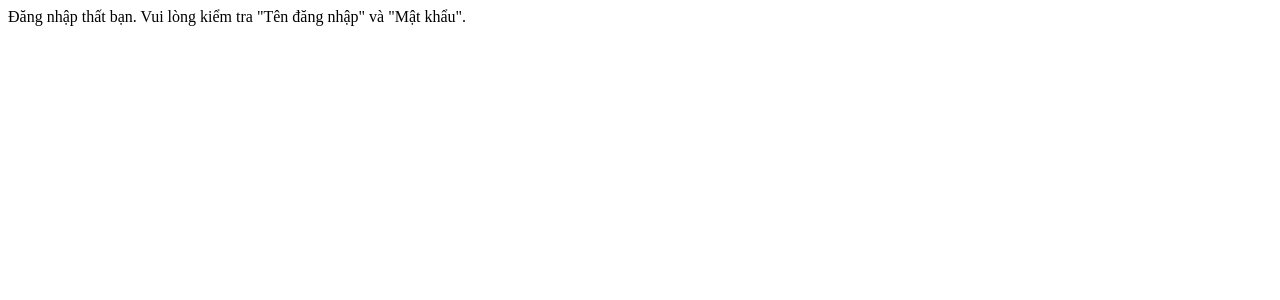
Repository: PhiKhongHoang/JSP-Servlet
Page: http://localhost/Bai9_BaiTapChuyenTiepThongTin1/error.jsp
An editor plug-in stored every save of this project. The page is shown before and after the next save, followed by the edit.
The browser window is 1280 px wide. The pictures show the whole page.
The page is served by Tomcat 9.

Above is the page before, as saved 2024-02-17 07:15:11.

### Bai9_BaiTapChuyenTiepThongTin1/src/main/webapp/error.jsp
<%@ page language="java" contentType="text/html; charset=UTF-8"
    pageEncoding="UTF-8"%>
<!DOCTYPE html>
<html>
<head>
<meta charset="UTF-8">
<title>Insert title here</title>
</head>
<body>
	Đăng nhập thất bạn. Vui lòng kiểm tra "Tên đăng nhập" và "Mật khẩu".
</body>
</html>

After the next save:
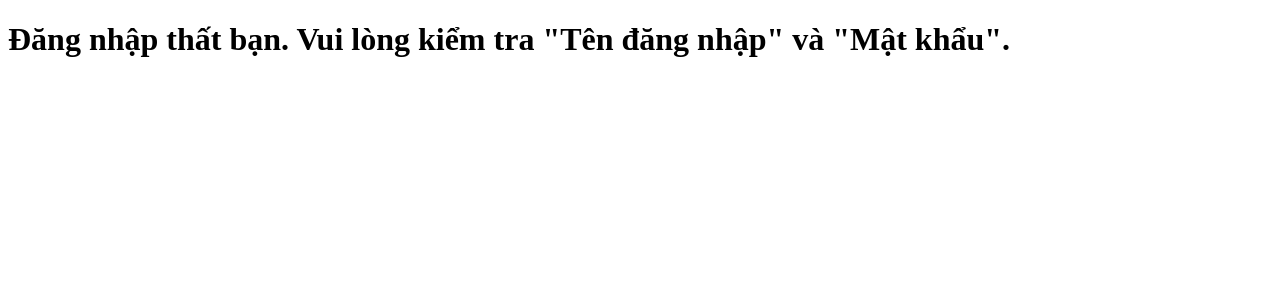
Saved 30 s later.
--- a/Bai9_BaiTapChuyenTiepThongTin1/src/main/webapp/error.jsp
+++ b/Bai9_BaiTapChuyenTiepThongTin1/src/main/webapp/error.jsp
@@ -7,6 +7,6 @@
 <title>Insert title here</title>
 </head>
 <body>
-	Đăng nhập thất bạn. Vui lòng kiểm tra "Tên đăng nhập" và "Mật khẩu".
+	<h1>Đăng nhập thất bạn. Vui lòng kiểm tra "Tên đăng nhập" và "Mật khẩu".</h1>
 </body>
 </html>
